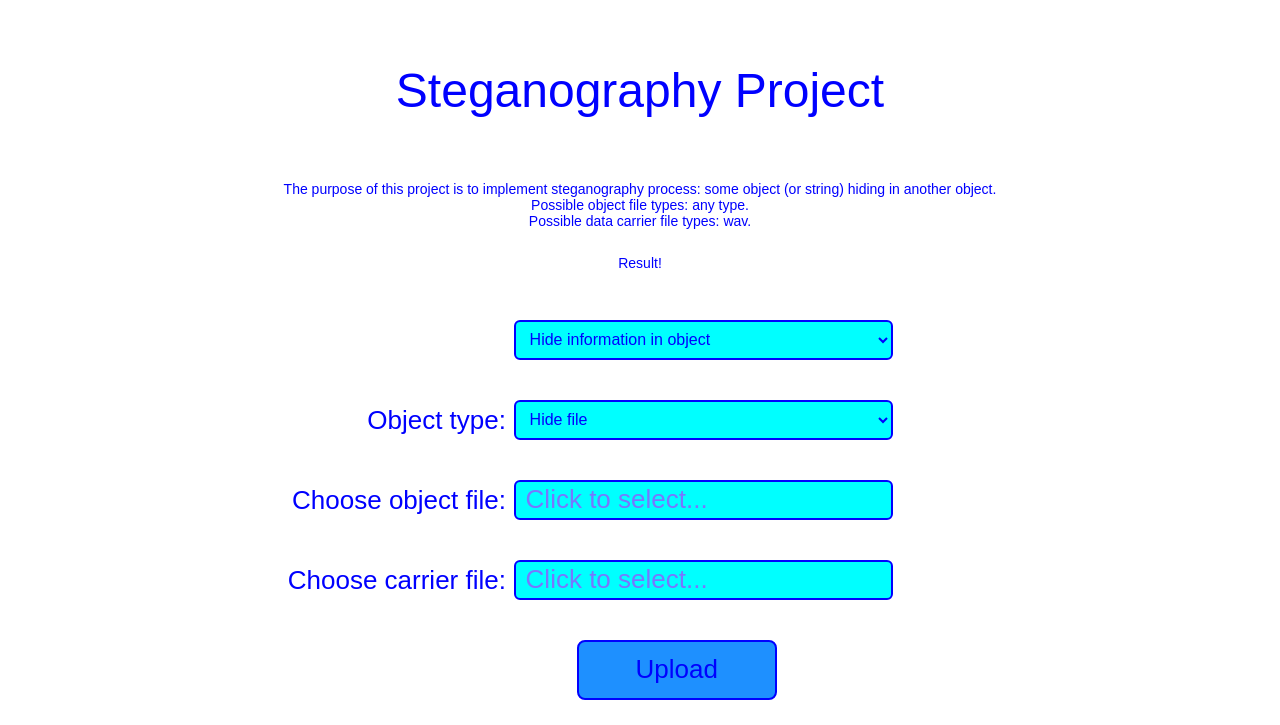
Repository: CactusZ/Trithemius
Page: client/index.html
The author's editor kept a record of every edit. The page is drawn from the files as they stood at one moment, then again after the next edit.
The browser window is 1280 px wide. The pictures show the whole page.

Above is the page before.

After the next edit:
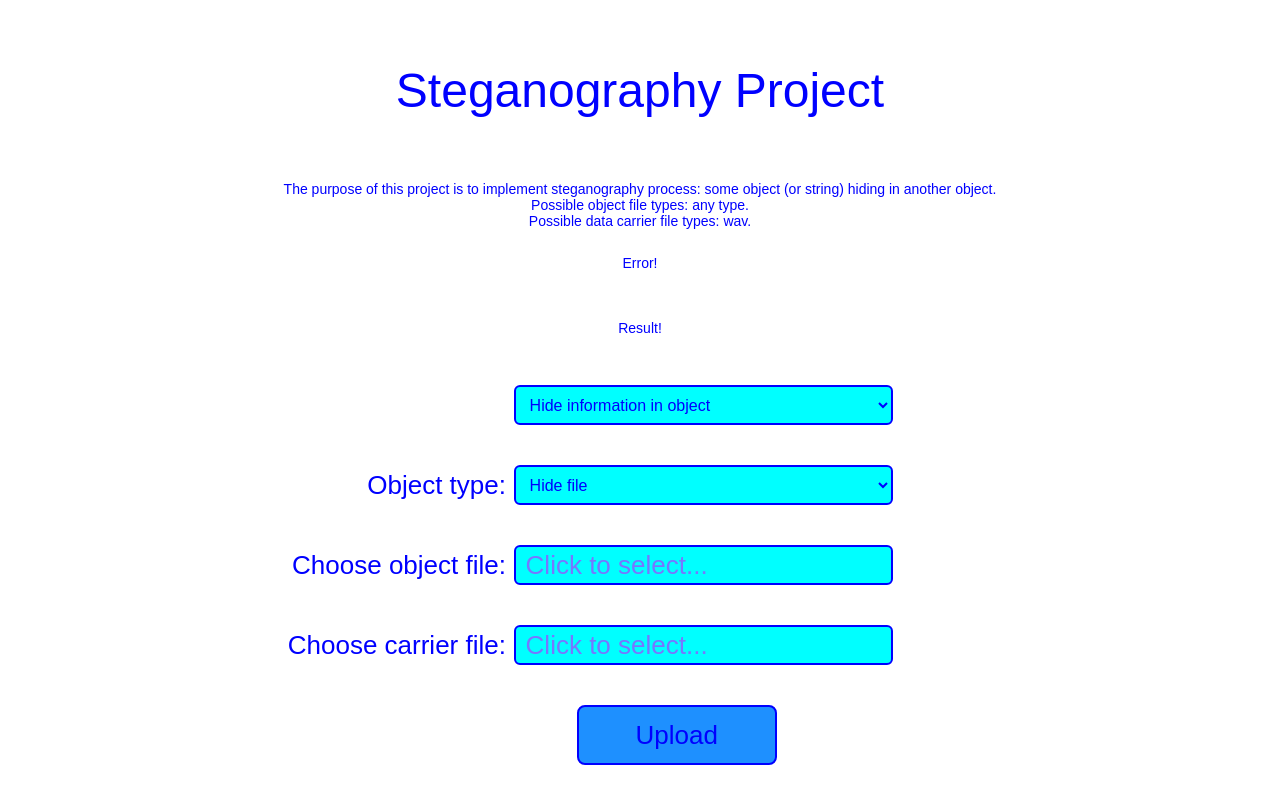
The edit:
--- a/client/css/index.css
+++ b/client/css/index.css
@@ -147,7 +147,7 @@
     display:none;
 }
 
-.error {
+.error .result {
     width: 30%;
     left: 40%;
     color: black;
